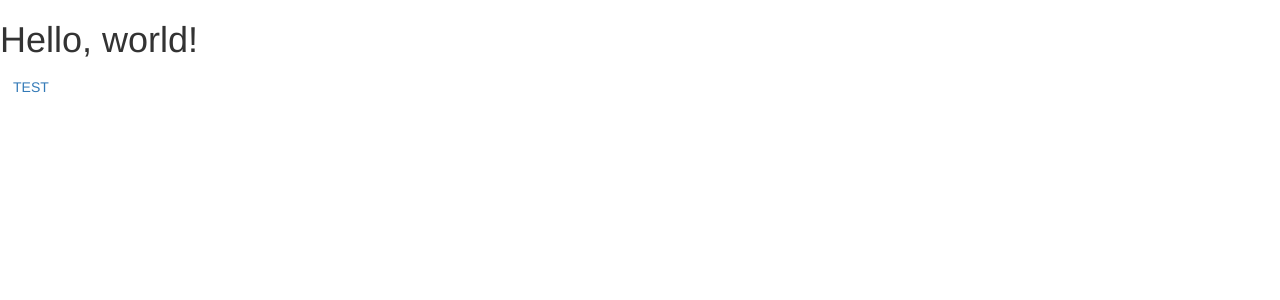
Repository: VladLevishevGIT/MyProjects
Page: Java/GuessTheArtistQuizWeb/WebContent/GuessTheArtist.html
These files come from the project's save history. The page is drawn as it stood at one moment and after the next save; the edit follows.
The browser window is 1280 px wide. The pictures show the whole page.

Above is the page before, as saved 2017-02-12 13:36:41.

After the next save:
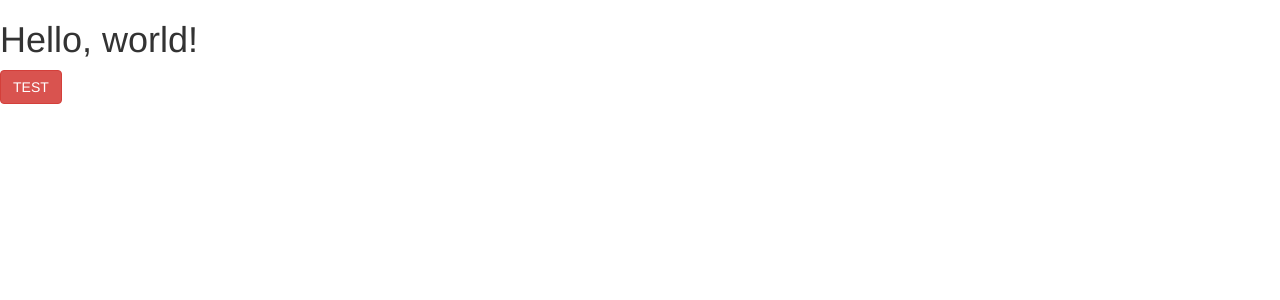
Saved 64 s later.
--- a/Java/GuessTheArtistQuizWeb/WebContent/GuessTheArtist.html
+++ b/Java/GuessTheArtistQuizWeb/WebContent/GuessTheArtist.html
@@ -19,7 +19,7 @@
   </head>
   <body>
     <h1>Hello, world!</h1>
-    <div class="btn btn-link">TEST</div>
+    <div class="btn btn-danger">TEST</div>
 
     <!-- jQuery (necessary for Bootstrap's JavaScript plugins) -->
     <script src="https://ajax.googleapis.com/ajax/libs/jquery/1.12.4/jquery.min.js"></script>

After the save that followed:
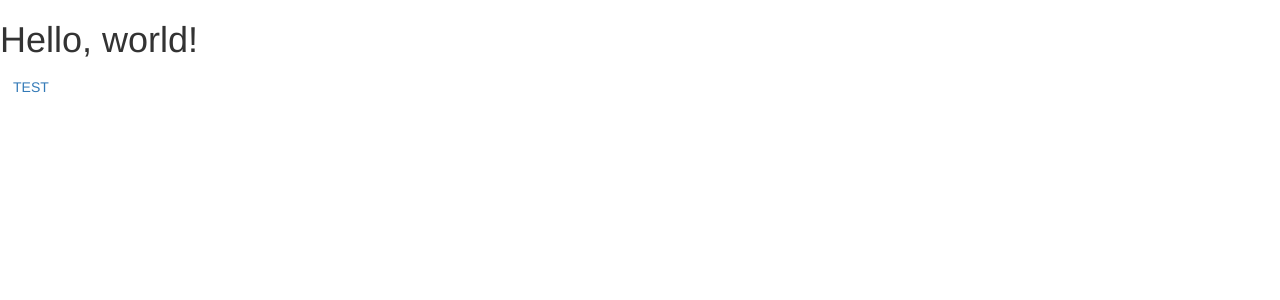
Saved 26 s later.
--- a/Java/GuessTheArtistQuizWeb/WebContent/GuessTheArtist.html
+++ b/Java/GuessTheArtistQuizWeb/WebContent/GuessTheArtist.html
@@ -19,7 +19,7 @@
   </head>
   <body>
     <h1>Hello, world!</h1>
-    <div class="btn btn-danger">TEST</div>
+    <div class="btn btn-link">TEST</div>
 
     <!-- jQuery (necessary for Bootstrap's JavaScript plugins) -->
     <script src="https://ajax.googleapis.com/ajax/libs/jquery/1.12.4/jquery.min.js"></script>
